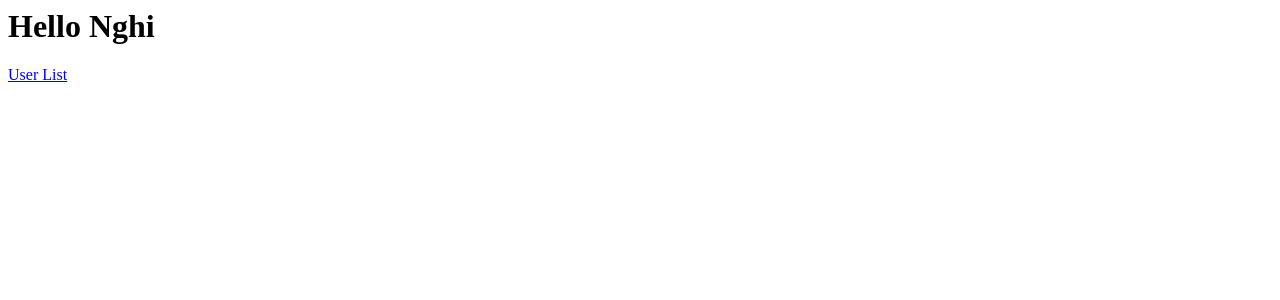
Repository: HuuNghi/nodeTokyo
Page: http://localhost/
The author's editor kept a copy of each file at every save. The page is drawn from the files as they stood at one save, then again after the next save.
The browser window is 1280 px wide. The pictures show the whole page.
The page is served by the project's Node server (index.js). Other server files are loaded and not shown.

Above is the page before, as saved 2020-04-06 09:52:35.

### views/index.pug
h1 Hello #{name}
a(href="/users") User List

### index.js
const express = require('express');
const bodyParser = require('body-parser');
const userRouter = require('./routers/user.router');

const port = 3000;
const app = express();

app.set('view engine', 'pug');
app.set('views', './views');
app.use(bodyParser.json()) // for parsing application/json
app.use(bodyParser.urlencoded({ extended: true }));
app.use('/users', userRouter);

app.listen(port, () => {
  console.log(`App listening on port ${port}`);
});

app.get('/', (req, res) => {
  res.render('index', {
    name: 'Nghi',
  });
});

### layouts/common.pug
html
  head
    link(rel="stylesheet", href="https://stackpath.bootstrapcdn.com/bootstrap/4.4.1/css/bootstrap.min.css")
  body
    block content

After the next save:
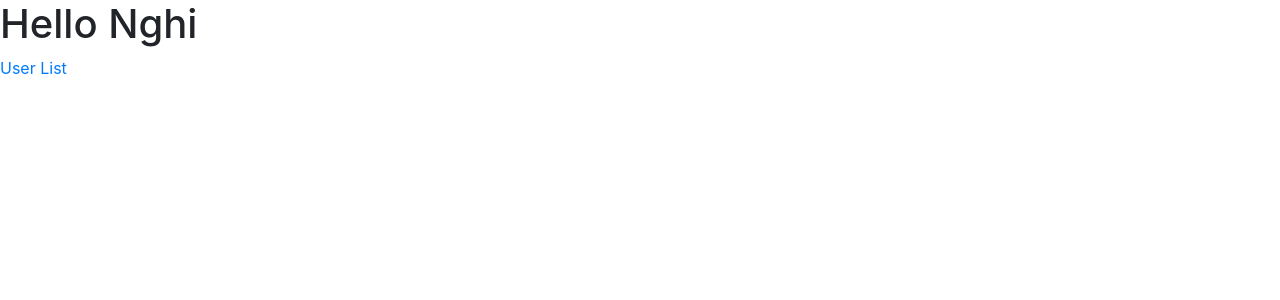
Saved 8 s later.
--- a/views/index.pug
+++ b/views/index.pug
@@ -1,2 +1,4 @@
-h1 Hello #{name}
-a(href="/users") User List
+extend ../layouts/common.pug
+block content
+  h1 Hello #{name}
+  a(href="/users") User List
